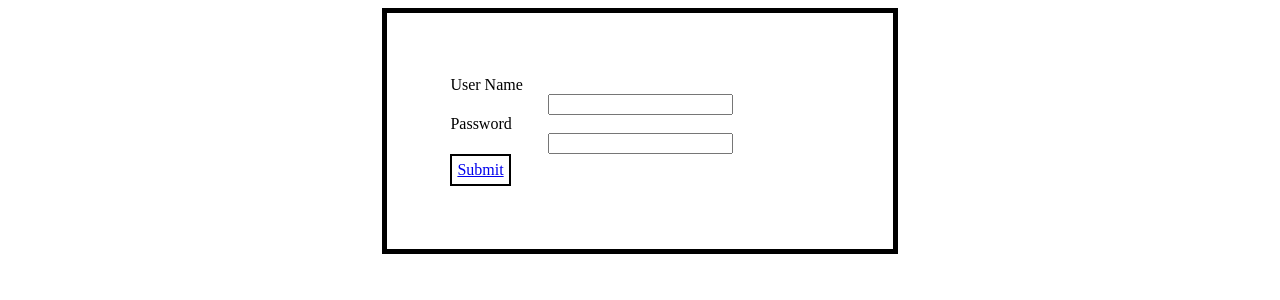
Repository: Nitin-Kalshetty/Training_Java
Page: myServletApp/src/main/webapp/index.html
These files come from the project's save history. The page is drawn as it stood at one moment and after the next save; the edit follows.
The browser window is 1280 px wide. The pictures show the whole page.

Above is the page before, as saved 2023-05-24 18:43:56.

### myServletApp/src/main/webapp/index.html
<!DOCTYPE html>
<html>
<head>
<meta charset="UTF-8">
<title>Insert title here</title>
</head>
<style>
.styleBlock{
	display:block;
	margin : auto;
}
#btn{
	border:2px solid black;
	display:inline-block;
	padding:5px;
}
.divId{
	width:30%;
	border:5px solid black;
	padding:5%;
	margin:auto;
}

</style>
<body>
<div class="divId">
<label class="styleBlock">User Name</label>
<input class="styleBlock"></input>
<label class="styleBlock">Password</label>
<input class="styleBlock"></input>
<a class="styleBlock" id="btn" href="myNewServlet">Submit</a>
</div>


</body>
</html>

After the next save:
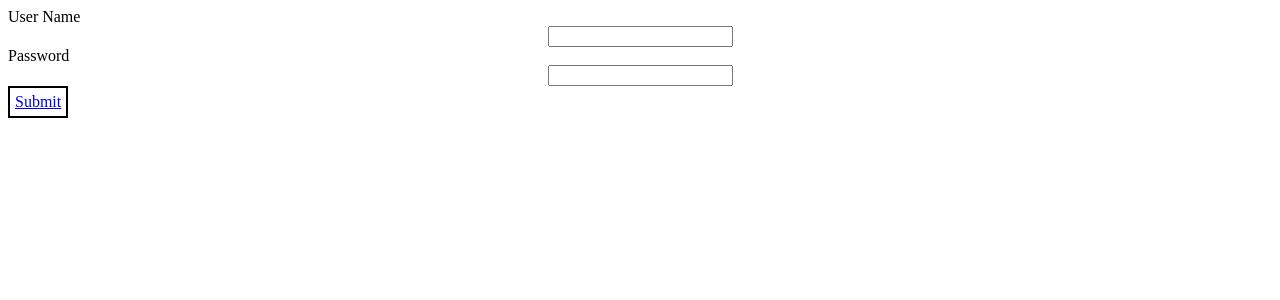
Saved 49 s later.
--- a/myServletApp/src/main/webapp/index.html
+++ b/myServletApp/src/main/webapp/index.html
@@ -14,12 +14,7 @@
 	display:inline-block;
 	padding:5px;
 }
-.divId{
-	width:30%;
-	border:5px solid black;
-	padding:5%;
-	margin:auto;
-}
+
 
 </style>
 <body>
